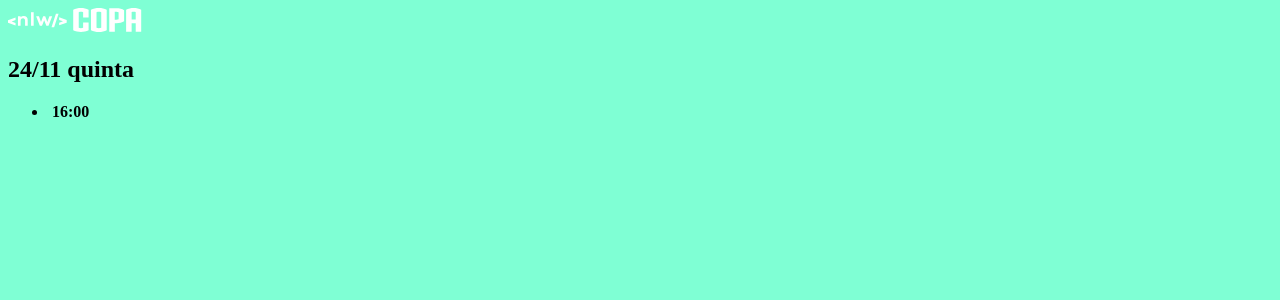
Repository: AlbertoLutz/calendario-copa
Page: index.html
The author's editor kept a copy of each file at every save. The page is drawn from the files as they stood at one save, then again after the next save.
The browser window is 1280 px wide. The pictures show the whole page.

Above is the page before, as saved 2022-11-07 11:44:01.

After the next save:
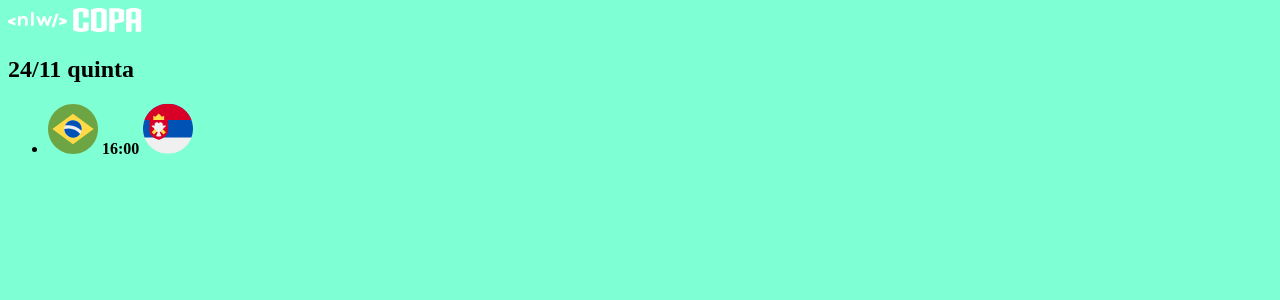
Saved 5 s later.
--- a/index.html
+++ b/index.html
@@ -22,9 +22,9 @@
             <h2>24/11 <span>quinta</span> </h2>
             <ul>
                 <li>
-                    <img src="" alt="" />
+                    <img src="./assets/brasil.svg" alt="" />
                     <strong>16:00</strong>
-                    <img src="" alt="" />
+                    <img src="./assets/servia.svg" alt="" />
                 </li>
             </ul>
         </div>
